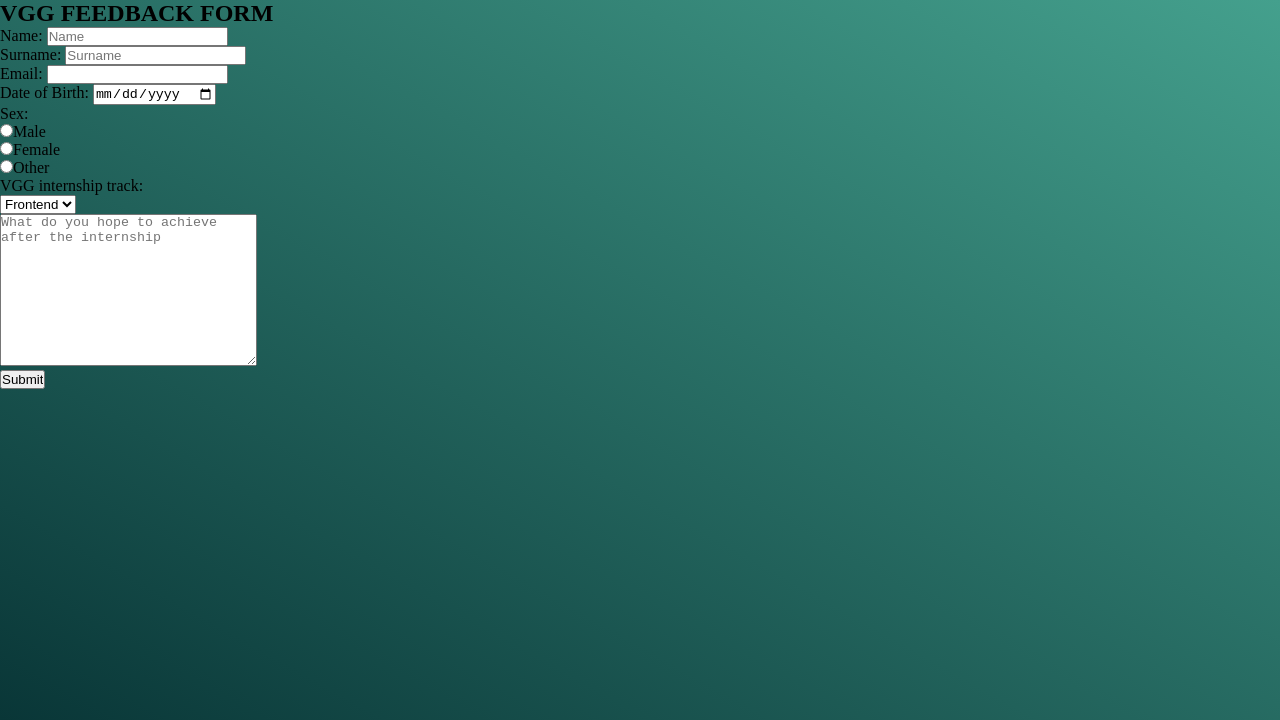
Repository: iphyokafor/VGG-Feedback-form
Page: index.html
These files come from the project's save history. The page is drawn as it stood at one moment and after the next save; the edit follows.
The browser window is 1280 px wide. The pictures show the whole page.

Above is the page before, as saved 2020-01-12 21:40:49.

After the next save:
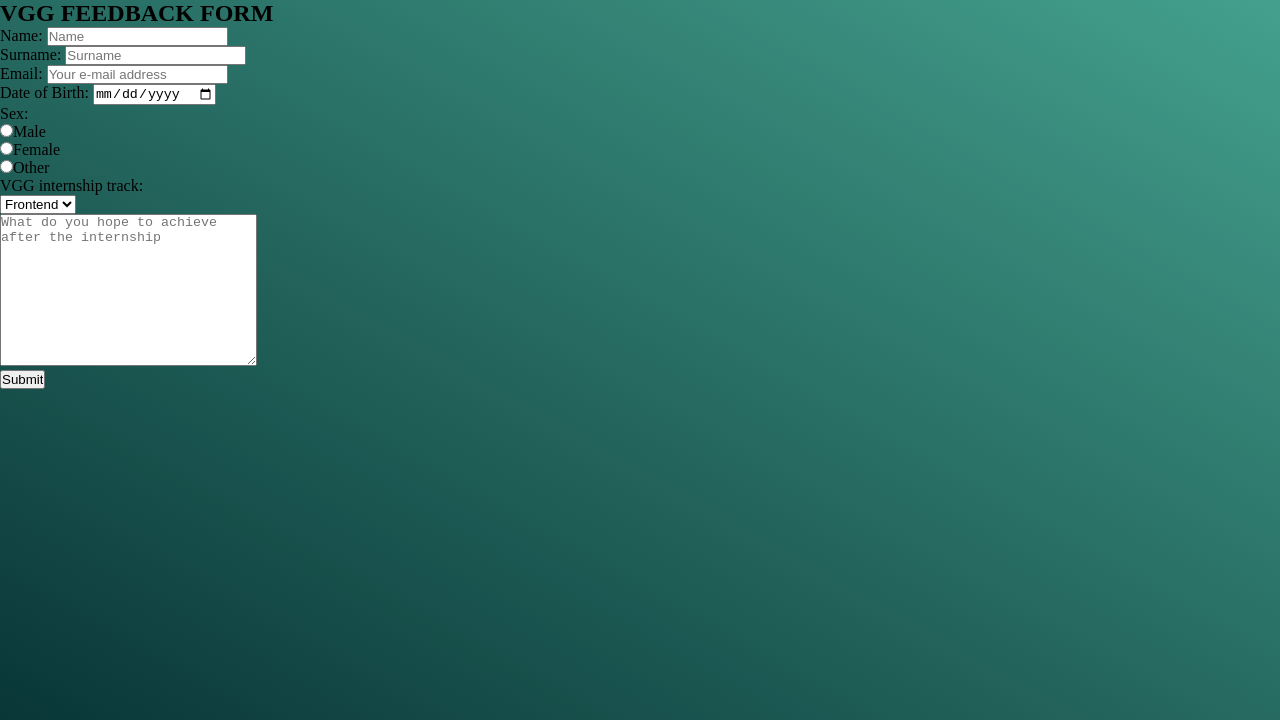
Saved 3 min 43 s later.
--- a/index.html
+++ b/index.html
@@ -11,10 +11,11 @@
 
 <body>
     <div>
-        <form class="container">
+        <form name="VGG Internship Feedback form" id="VGG_form" method="POST" action="#" class="container">
             <section id="form-items">
                 <h2>VGG FEEDBACK FORM</h2>
-                Name: <input type="text" placeholder="Name"><br> Surname: <input type="text" placeholder="Surname"><br> Email: <input type="email" required><br> Date of Birth: <input type="date" name="Date of Birth"><br> Sex:
+                Name: <input type="text" placeholder="Name"><br> Surname: <input type="text" placeholder="Surname"><br> Email: <input type="email" name="email" id="email" placeholder="Your e-mail address" required><br> Date of Birth: <input type="date"
+                    name="Date of Birth"><br> Sex:
                 <br>
                 <input type="radio" name="gender">Male<br>
                 <input type="radio" name="gender">Female<br>
